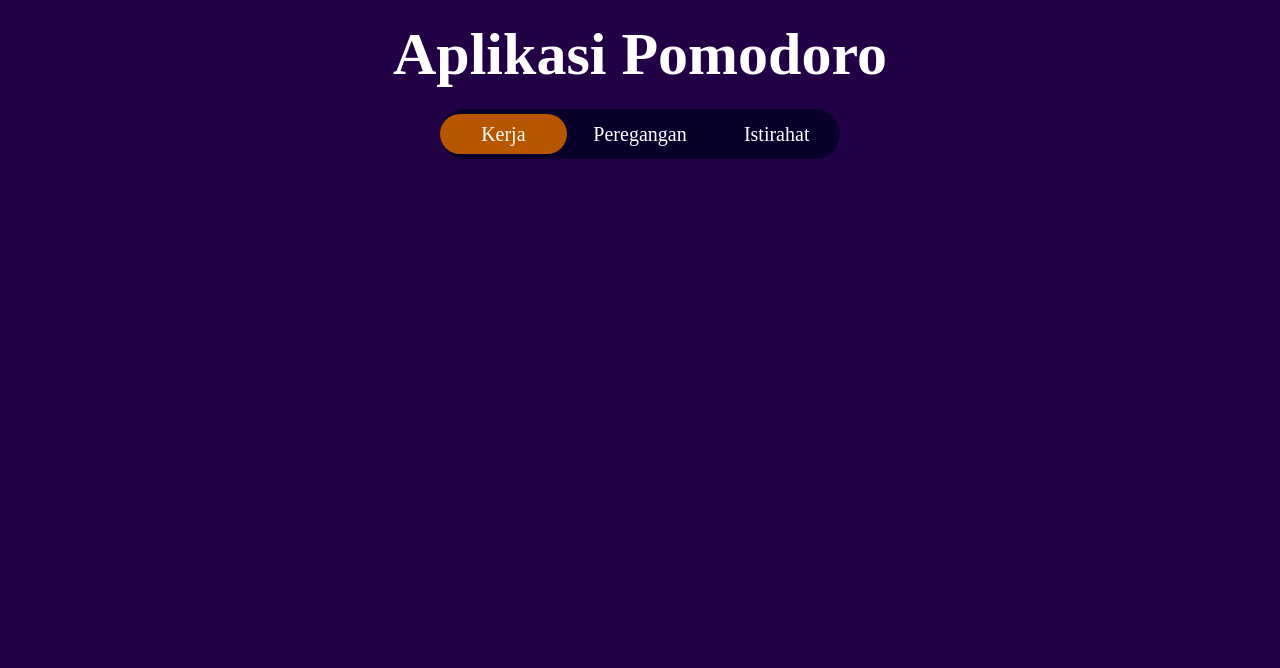
Repository: sellayspy/aplikasiPomodoro
Page: /
The author's editor kept a copy of each file at every save. The page is drawn from the files as they stood at one save, then again after the next save.
The browser window is 1280 px wide. The pictures show the whole page.
The project was rebuilt for these pictures with package versions that can differ from the ones it lists, and the page was loaded fresh each time. Also part of the build but not shown: vite.config.js.

Above is the page before, as saved 2024-11-25 13:34:19.

### index.html
<!DOCTYPE html>
<html lang="en">
  <head>
    <meta charset="UTF-8" />
    <link rel="icon" type="image/svg+xml" href="/vite.svg" />
    <meta name="viewport" content="width=device-width, initial-scale=1.0" />
    <title>Aplikasi Pomodoro</title>
  </head>
  <body>
    <div id="root"></div>
    <script type="module" src="/src/main.jsx"></script>
  </body>
</html>

### src/main.jsx
import { StrictMode } from "react";
import { createRoot } from "react-dom/client";
import { createGlobalStyle, ThemeProvider } from "styled-components";
import App from "./App.jsx";

const GlobalStyle = createGlobalStyle`

*{
  margin: 0;
  padding: 0;
  box-sizing: border-box;
}

  html,body{
    background-color: ${(props) => props.theme.colors.bg};;
    font-size: 62.5%;
  }

  body{
    font-size: 1.6rem;
    color: white;
  }

`;

const theme = {
  colors: {
    primary: "#b85600",
    secondary: "#08002b",
    bg: "#220045",
  },
};

createRoot(document.getElementById("root")).render(
  <StrictMode>
    <ThemeProvider theme={theme}>
      <GlobalStyle />
      <App />
    </ThemeProvider>
  </StrictMode>
);

### src/App.jsx
import styled from "styled-components";
import Judul from "./components/Judul";

function App() {
  return (
    <>
      <Title>Aplikasi Pomodoro</Title>
      <Judul />
    </>
  );
}

export default App;

const Title = styled.h1`
  font-size: 6rem;
  padding: 2rem 0;
  text-align: center;
`;

### src/components/Judul.jsx
import styled, { css } from "styled-components";
import { useState } from "react";

const Judul = () => {
  const [active, setActive] = useState(0);

  const handleJudulClick = (index) => {
    setActive(index);
  };
  return (
    <JudulContainer>
      {["Kerja", "Peregangan", "Istirahat"].map((tag, i) => (
        <Tag onClick={() => handleJudulClick(i)} active={active === i} key={i}>
          {tag}
        </Tag>
      ))}
    </JudulContainer>
  );
};

export default Judul;

const JudulContainer = styled.div`
  background: ${(props) => props.theme.colors.secondary};
  height: 5rem;
  width: 40rem;
  margin: 0 auto;
  border-radius: 5rem;
  display: flex;
  gap: 1rem;
  align-items: center;
`;

const Tag = styled.button`
  all: unset;
  height: 4rem;
  text-align: center;
  border-radius: 5rem;
  flex: 1;
  font-size: 2rem;

  ${({ active }) =>
    active &&
    css`
      background: ${(props) => props.theme.colors.primary};
    `}
`;

### src/components/Timer.jsx
import React from "react";

const Timer = () => {
  return <TimerContainer>Timer</TimerContainer>;
};

export default Timer;

const TimerContainer = styled.div`
  width: 45rem;
  height: 45rem;
  background: white;
  margin: 2rem auto;
`;

After the next save:
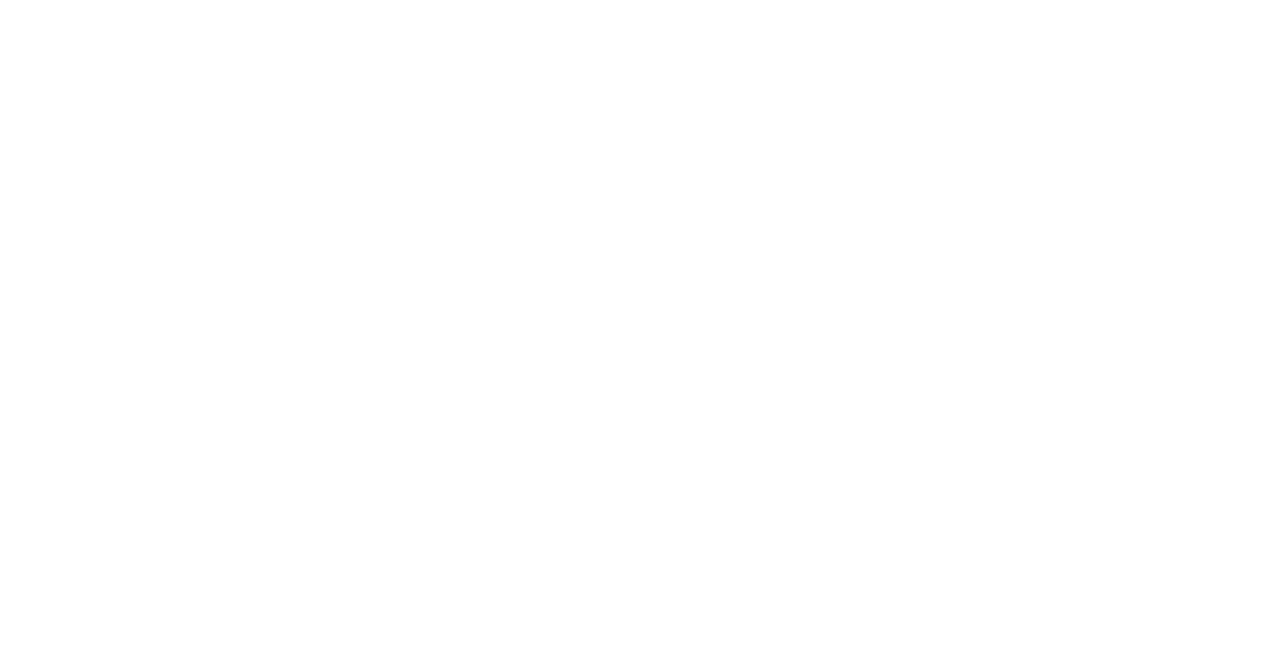
Console error: ReferenceError: styled is not defined
Saved 32 s later.
--- a/src/App.jsx
+++ b/src/App.jsx
@@ -1,11 +1,13 @@
 import styled from "styled-components";
 import Judul from "./components/Judul";
+import Timer from "./components/Timer";
 
 function App() {
   return (
     <>
       <Title>Aplikasi Pomodoro</Title>
       <Judul />
+      <Timer />
     </>
   );
 }

After the save that followed:
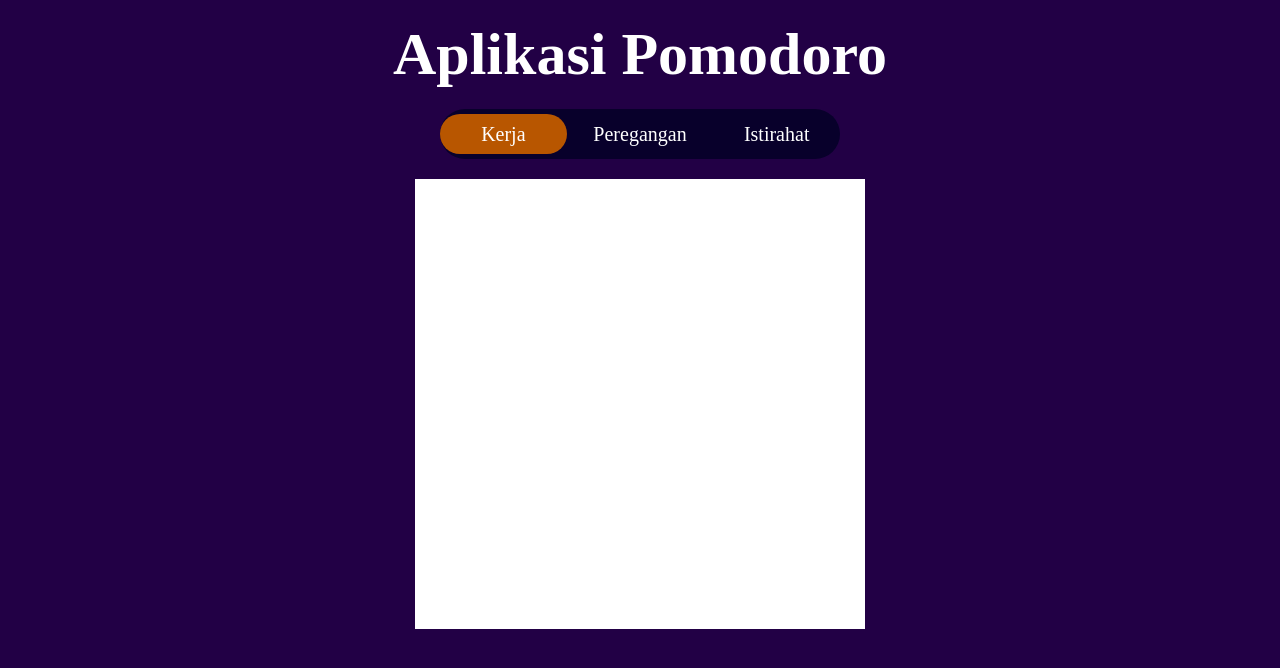
The error is gone.
Saved 27 s later.
--- a/src/components/Timer.jsx
+++ b/src/components/Timer.jsx
@@ -1,4 +1,4 @@
-import React from "react";
+import styled from "styled-components";
 
 const Timer = () => {
   return <TimerContainer>Timer</TimerContainer>;
